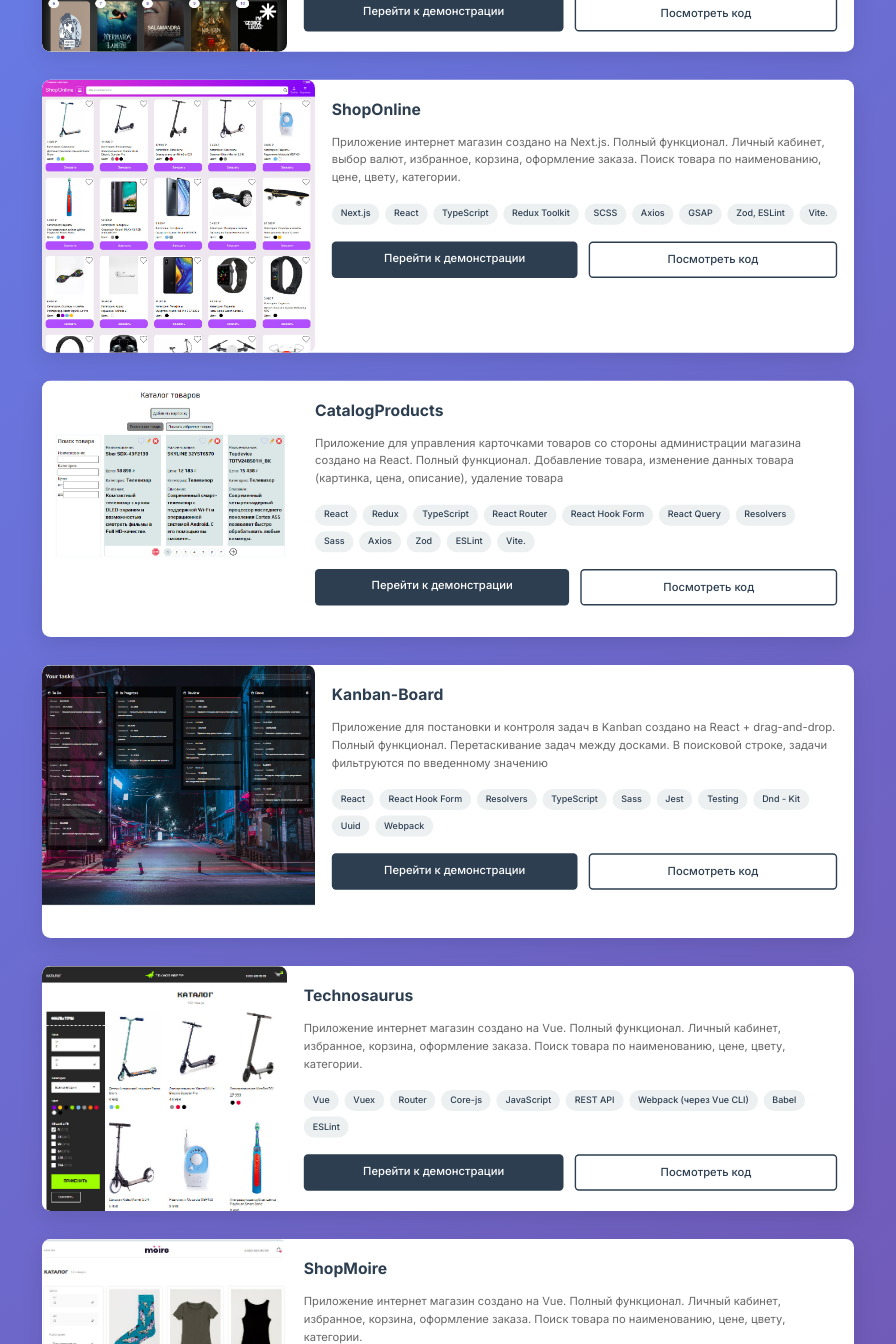
Repository: RostislavZeberg/resume-app
Page: /
The author's editor kept a copy of each file at every save. The page is drawn from the files as they stood at one save, then again after the next save.
The browser window is 1280 px wide. The pictures show the part of the page from y = 530 to 2450 px (the page is 6682 px tall before and 6666 px after), at 70% of full size.
The project was rebuilt for these pictures with package versions that can differ from the ones it lists, and the page was loaded fresh each time. The framework's server and built-in components were replaced by stand-ins that run in the browser. Also part of the build but not shown: next.config.ts.

Above is the page before, as saved 2025-09-21 19:28:48.

After the next save:
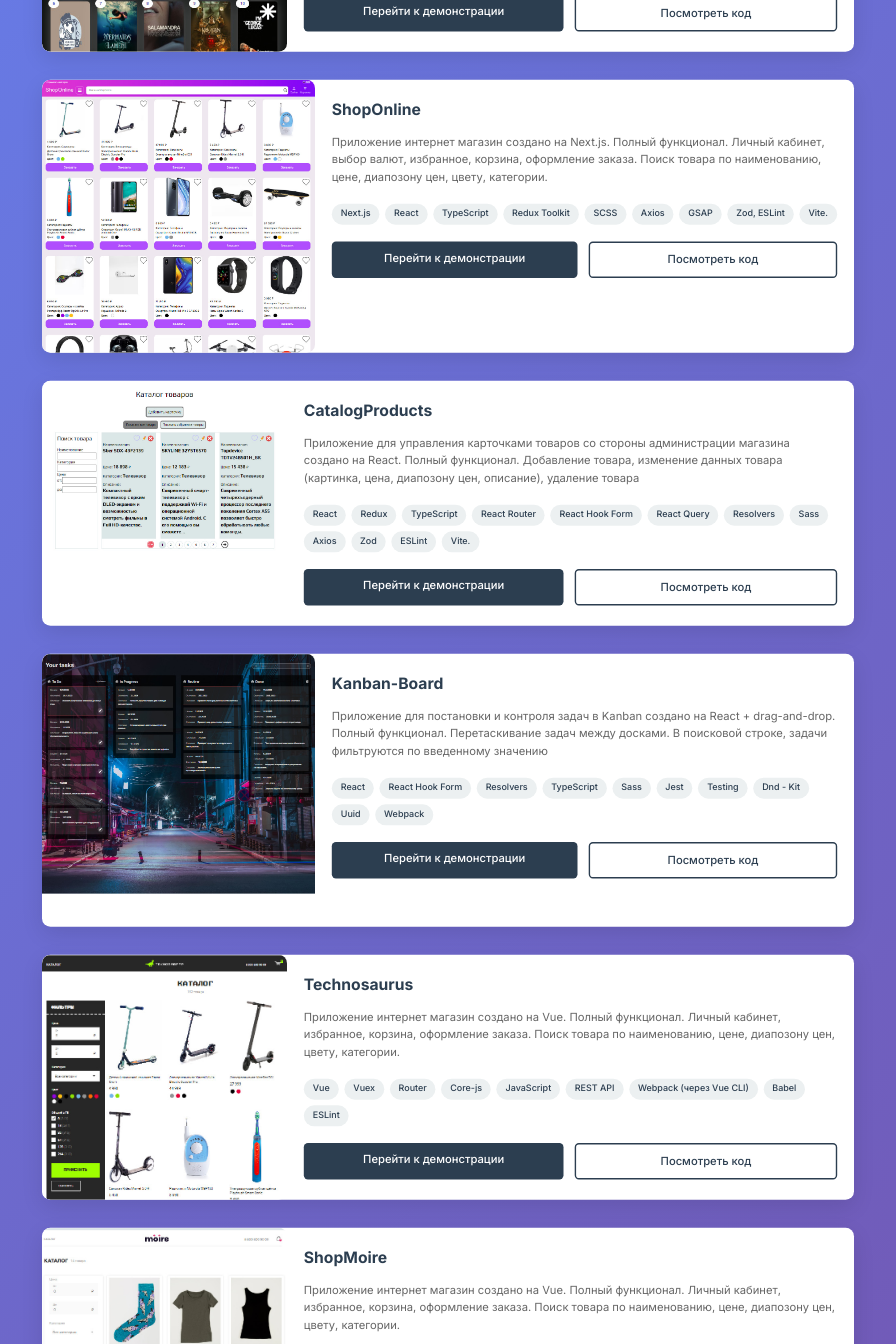
Saved 22 min 0 s later.
--- a/info/projects.ts
+++ b/info/projects.ts
@@ -8,14 +8,14 @@ export const projects = [
   },
   {
     name: 'ShopOnline',
-    description: 'Приложение интернет магазин создано на Next.js. Полный функционал. Личный кабинет, выбор валют, избранное, корзина, оформление заказа. Поиск товара по наименованию, цене, цвету, категории.',
+    description: 'Приложение интернет магазин создано на Next.js. Полный функционал. Личный кабинет, выбор валют, избранное, корзина, оформление заказа. Поиск товара по наименованию, цене, диапозону цен, цвету, категории.',
     demoLink: 'https://shop-online-omega.vercel.app/',
     codeLink: 'https://github.com/RostislavZeberg/ShopOnline',
     technologies: ['Next.js', 'React', 'TypeScript', 'Redux Toolkit', 'SCSS', 'Axios', 'GSAP', 'Zod, ESLint', 'Vite.']
   },
   {
     name: 'CatalogProducts',
-    description: 'Приложение для управления карточками товаров со стороны администрации магазина создано на React. Полный функционал. Добавление товара, изменение данных товара (картинка, цена, описание), удаление товара',
+    description: 'Приложение для управления карточками товаров со стороны администрации магазина создано на React. Полный функционал. Добавление товара, изменение данных товара (картинка, цена, диапозону цен, описание), удаление товара',
     demoLink: 'https://rostislavzeberg.github.io/CatalogProducts',
     codeLink: 'https://github.com/RostislavZeberg/CatalogProducts',
     technologies: ['React', 'Redux', 'TypeScript', 'React Router', 'React Hook Form', 'React Query', 'Resolvers', 'Sass', 'Axios', 'Zod',
@@ -30,14 +30,14 @@ export const projects = [
   },
   {
     name: 'Technosaurus',
-    description: 'Приложение интернет магазин создано на Vue. Полный функционал. Личный кабинет, избранное, корзина, оформление заказа. Поиск товара по наименованию, цене, цвету, категории.',
+    description: 'Приложение интернет магазин создано на Vue. Полный функционал. Личный кабинет, избранное, корзина, оформление заказа. Поиск товара по наименованию, цене, диапозону цен, цвету, категории.',
     demoLink: 'https://rostislavzeberg.github.io/Technosaurus/#/',
     codeLink: 'https://github.com/RostislavZeberg/Technosaurus',
     technologies: ['Vue', 'Vuex', 'Router', 'Core-js', 'JavaScript', 'REST API', 'Webpack (через Vue CLI)', 'Babel', 'ESLint']
   },
   {
     name: 'ShopMoire',
-    description: 'Приложение интернет магазин создано на Vue. Полный функционал. Личный кабинет, избранное, корзина, оформление заказа. Поиск товара по наименованию, цене, цвету, категории.',
+    description: 'Приложение интернет магазин создано на Vue. Полный функционал. Личный кабинет, избранное, корзина, оформление заказа. Поиск товара по наименованию, цене, диапозону цен, цвету, категории.',
     demoLink: 'https://rostislavzeberg.github.io/ShopMoire/#/',
     codeLink: 'https://github.com/RostislavZeberg/ShopMoire',
     technologies: ['Vue', 'Vuex', 'Router', 'Core-js', 'JavaScript', 'REST API', 'Webpack (через Vue CLI)', 'Babel', 'ESLint']
